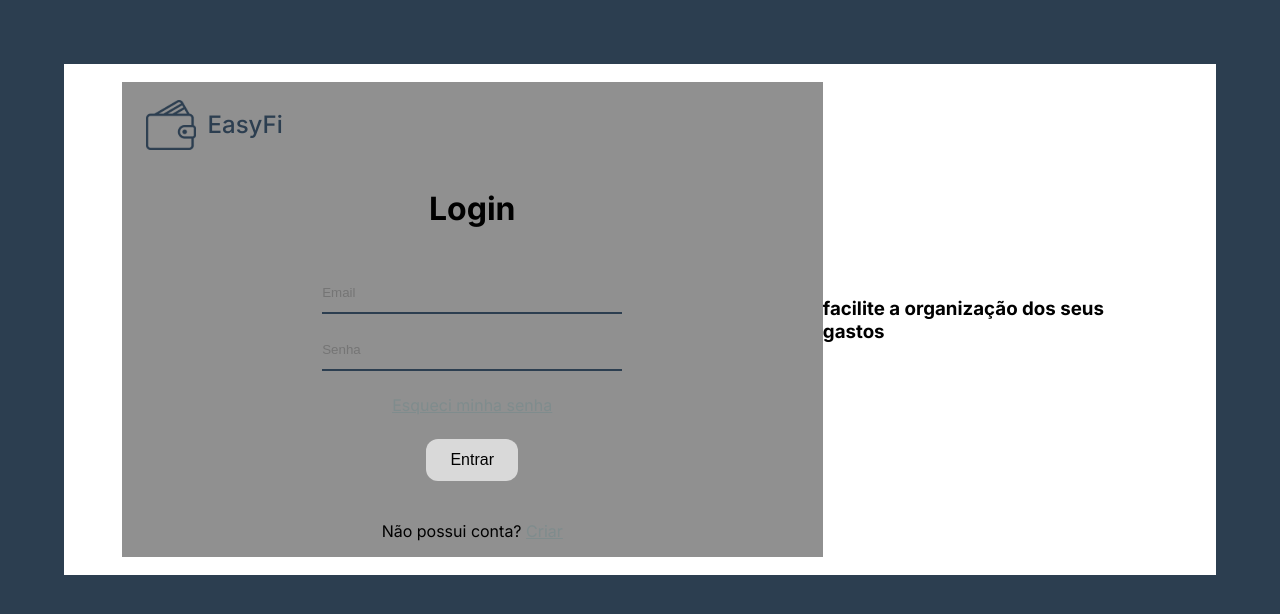
Repository: Ingridiag/projeto-engenharia
Page: login.html
These files come from the project's save history. The page is drawn as it stood at one moment and after a run of saves; the edit follows.
The browser window is 1280 px wide. The pictures show the whole page.

Above is the page before, as saved 2024-10-28 16:12:35.

### login.html
<!DOCTYPE html>
<html lang="pt">

<head>
    <meta charset="UTF-8">
    <meta name="viewport" content="width=device-width, initial-scale=1.0">
    <link rel="preconnect" href="https://fonts.googleapis.com">
<link rel="preconnect" href="https://fonts.gstatic.com" crossorigin>
<link href="https://fonts.googleapis.com/css2?family=Inter:ital,opsz,wght@0,14..32,100..900;1,14..32,100..900&display=swap"
rel="stylesheet">
    <link rel="stylesheet" href="style.css">
    <title>Login</title>
</head>

<body>
    <div class="container">

        <!-- Tela Login -->
        <div class="login">
            <div class="primeira-coluna">
                <div class="logo">
                    <img src="imagens/logo-azul 1.svg" alt="logo">
                    <h1>EasyFi</h1>
                </div>
                <div class="formulario">
                    <h1 class="title">Login</h1>
                    <form >
                        <input type="email" placeholder="Email">
                        <input type="password" placeholder="Senha">
                    </form>
                    <div class="uses">
                        <a href="#" class="link">Esqueci minha senha</a>

                    </div>
                    <div class="btn-default">
                        <button>
                            Entrar
                        </button>
                    </div>
                    <div >
                        <p>Não possui conta?
                            <span>
                                <a href="#" class="link">Criar</a>
                            </span>
                        </p>
                    </div>
                </div>
            </div>
            <div class="segunda-coluna">
                <h3 class="mensagem">
                    facilite a organização dos seus gastos
                </h3>
            </div>
        </div>



        <div class="cadastro">
            <!-- Tela Cadastro -->
            <div class="primeira-coluna">
                <h3 class="mensagem">
                    facilite a organização dos seus gastos
                </h3>
            </div>

            <div class="segunda-coluna">
                <div class="logo">
                    <img src="imagens/logo-azul 1.svg" alt="logo">
                    <h1>EasyFi</h1>
                </div>
                <div class="formulario">
                    <h1 class="title">Criar Conta</h1>
                    <form >
                        <input type="text" placeholder="Nome">
                        <input type="email" placeholder="Email">
                        <input type="password" placeholder="Senha">
                        <input type="password" placeholder=" Confirmar senha">
                    </form>
                    <div>
                        <a href="#" class="link">Esqueci minha senha</a>

                    </div>
                    <div class="btn-default">
                        <button>
                            Entrar
                        </button>
                    </div>
                    <div class="uses">
                        <p>Já possui conta?
                            <span>
                                <a href="#" class="link">Login</a>
                            </span>
                        </p>
                    </div>
                </div>
            </div>
        </div>


    </div>

</body>

</html>

### style.css
body {
    margin: 0;
    padding: 0;
    box-sizing: border-box;
    background: #2C3E50;
    font-family: "Inter", sans-serif;
}

.container {
    display: flex;
    justify-content: center;
    align-items: center;
    margin: 5%;
}

.login {
    width: 100%;
    height: 55vh;
    padding: 5%;
    display: flex;
    align-items: center;
    background: #fff;
    justify-content: space-between;
}

.primeira-coluna {
    width: 70%;
    display: flex;
    flex-direction: column;
    justify-content: center;
    background: #909090;
}

.logo {
    display: flex;
    gap: 12px;
    align-items: center;
    padding: 12px 24px;
    color: #2C3E50;

    h1 {
        font-size: 24px;
        font-weight: 500;
    }
    img{
        width: 50px;

    }

}

.formulario {
    display: flex;
    flex-direction: column;
    align-items: center;
    gap: 24px;
}

.formulario form {
    display: flex;
    flex-direction: column;
    gap: 16px;
}

.formulario form input {
    width: 300px;
    padding: 12px 0px;
    background: none;
    border: none;
    border-bottom: 2px solid #2C3E50;
    outline: none;
    color: #2C3E50;

}

.formulario a {
    color: #7F8C8D;
}

.btn-default button {
    background: #D9D9D9;
    border: none;
    border-radius: 12px;
    padding: 12px 24px;
    font-size: 16px;
    transition: 0.2s ease;
    cursor: pointer;
}

.btn-default button:hover {
    background: #F4EEEE;
    color: #577695;
    transform: scale(1.1);
}

.cadastro {
    display: none;
    flex-direction: column;
    position: relative;
}

After the next 2 saves:
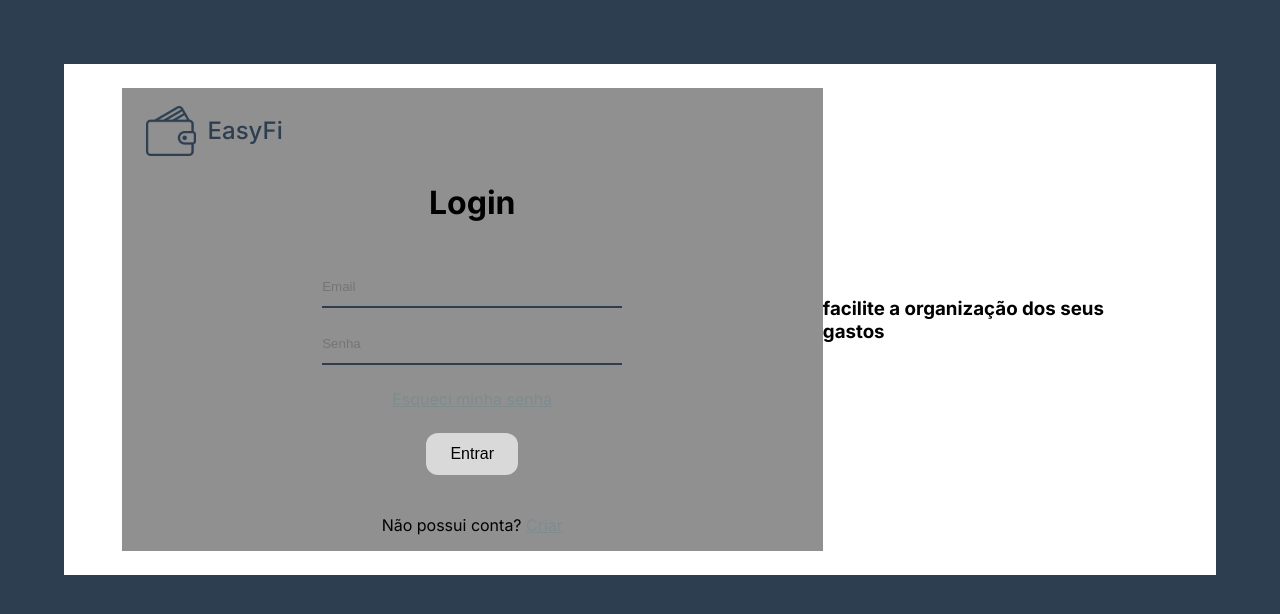
The 2 saves are shown as one change because they came seconds apart.
The last was saved 11 s later.
--- a/style.css
+++ b/style.css
@@ -35,7 +35,7 @@ body {
     display: flex;
     gap: 12px;
     align-items: center;
-    padding: 12px 24px;
+    padding: 12px 24px 0;
     color: #2C3E50;
 
     h1 {
